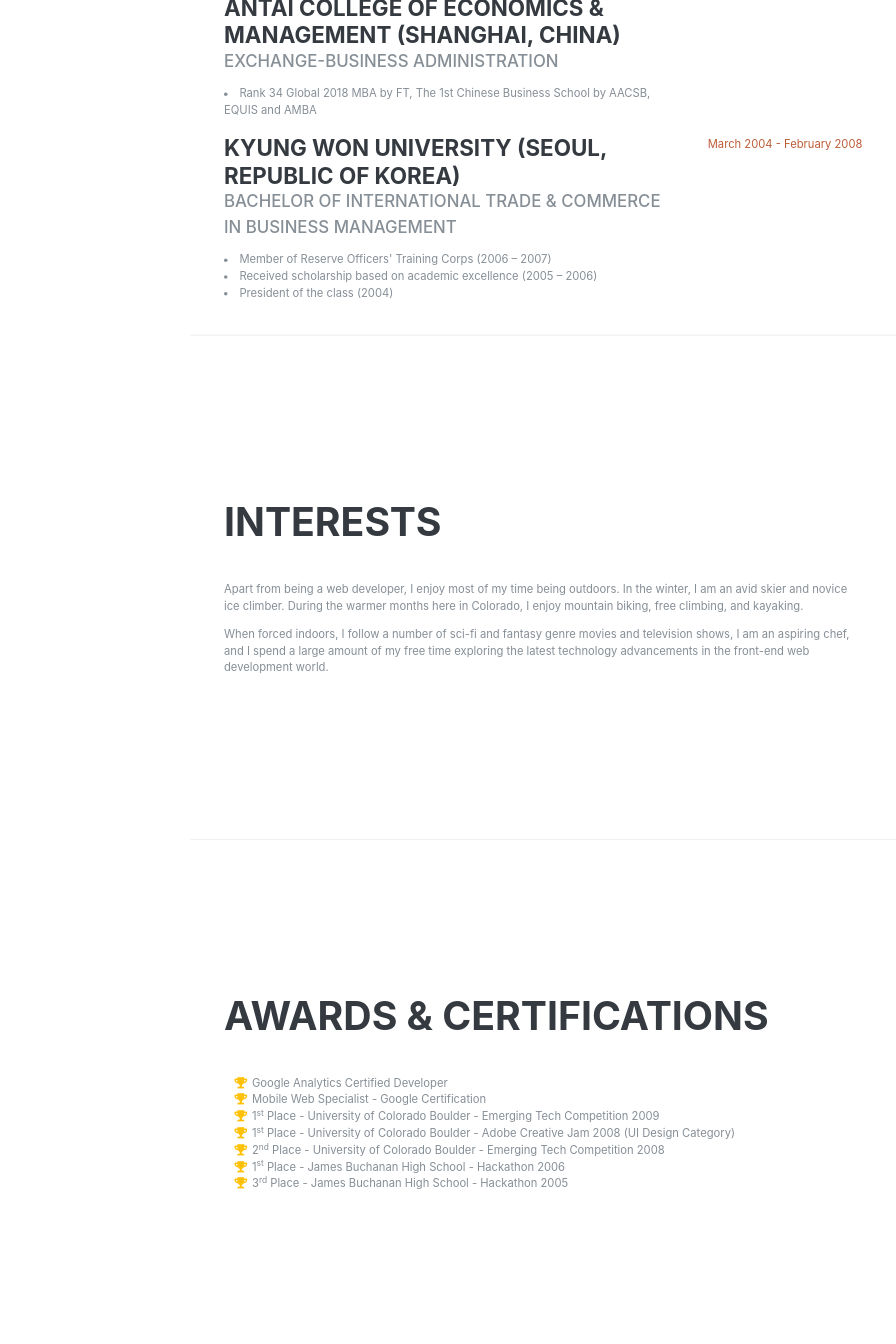
Repository: BeenOH/OHBIN.github.io
Page: index.html
The author's editor kept a record of every edit. The page is drawn from the files as they stood at one moment, then again after the next edit.
The browser window is 1280 px wide. The pictures show the part of the page from y = 2643 to 4563 px (the page is 4563 px tall before and 3842 px after), at 70% of full size.
Some web fonts or font styles are not loaded; a fallback is used.

Above is the page before.

After the next edit:
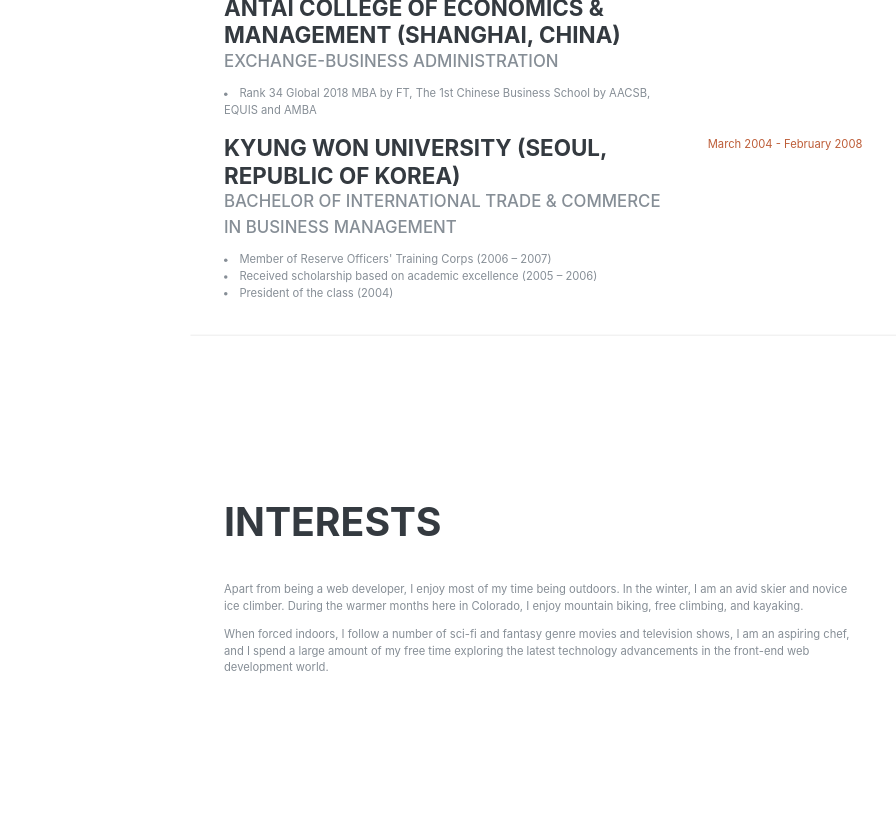
The edit:
--- a/index.html
+++ b/index.html
@@ -189,43 +189,6 @@
         <p class="mb-0">When forced indoors, I follow a number of sci-fi and fantasy genre movies and television shows, I am an aspiring chef, and I spend a large amount of my free time exploring the latest technology advancements in the front-end web development world.</p>
       </div>
     </section>
-
-    <hr class="m-0">
-
-    <section class="resume-section p-3 p-lg-5 d-flex align-items-center" id="awards">
-      <div class="w-100">
-        <h2 class="mb-5">Awards &amp; Certifications</h2>
-        <ul class="fa-ul mb-0">
-          <li>
-            <i class="fa-li fa fa-trophy text-warning"></i>
-            Google Analytics Certified Developer</li>
-          <li>
-            <i class="fa-li fa fa-trophy text-warning"></i>
-            Mobile Web Specialist - Google Certification</li>
-          <li>
-            <i class="fa-li fa fa-trophy text-warning"></i>
-            1<sup>st</sup>
-            Place - University of Colorado Boulder - Emerging Tech Competition 2009</li>
-          <li>
-            <i class="fa-li fa fa-trophy text-warning"></i>
-            1<sup>st</sup>
-            Place - University of Colorado Boulder - Adobe Creative Jam 2008 (UI Design Category)</li>
-          <li>
-            <i class="fa-li fa fa-trophy text-warning"></i>
-            2<sup>nd</sup>
-            Place - University of Colorado Boulder - Emerging Tech Competition 2008</li>
-          <li>
-            <i class="fa-li fa fa-trophy text-warning"></i>
-            1<sup>st</sup>
-            Place - James Buchanan High School - Hackathon 2006</li>
-          <li>
-            <i class="fa-li fa fa-trophy text-warning"></i>
-            3<sup>rd</sup>
-            Place - James Buchanan High School - Hackathon 2005</li>
-        </ul>
-      </div>
-    </section>
-
   </div>
 
   <!-- Bootstrap core JavaScript -->
